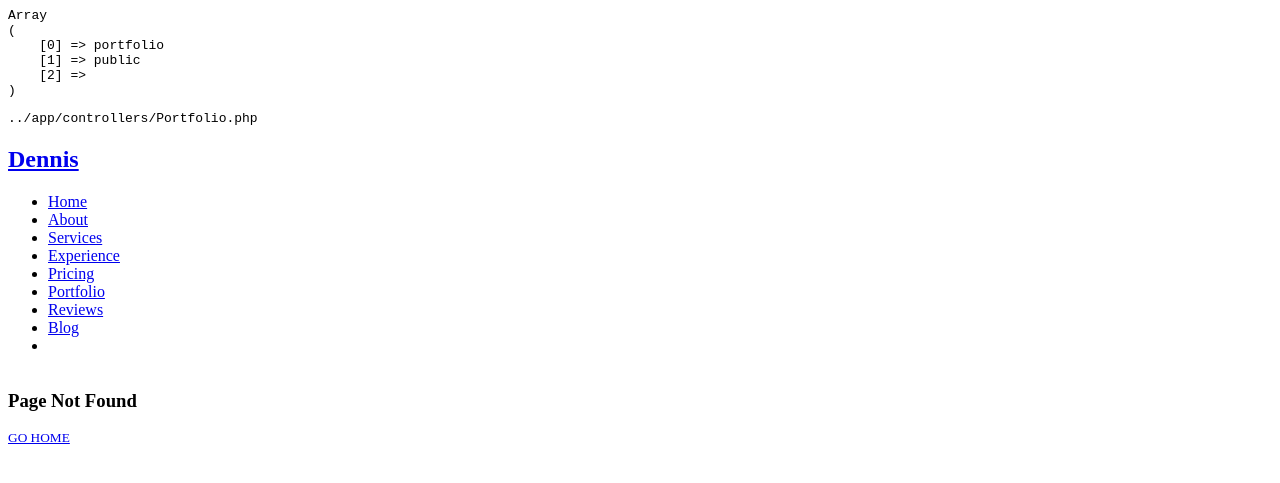
Repository: Teeticode/project_manager_tool
Page: http://localhost/portfolio/public/
These files come from the project's save history. The page is drawn as it stood at one moment and after the next save; the edit follows.
The browser window is 1280 px wide. The pictures show the whole page.
Some icons come from a web library that is not loaded, so they are not drawn. The page is run by PHP 8.4 with error messages shown; the project is at /var/www/html/.

Above is the page before, as saved 2022-09-07 15:29:41.
Console error: SyntaxError: Unexpected token '<'

After the next save:
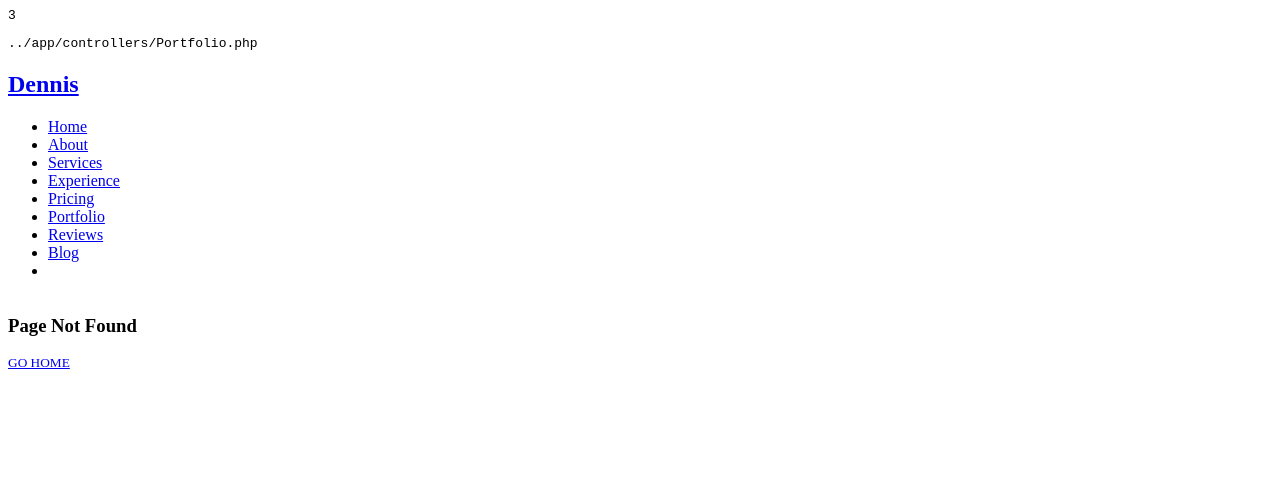
Saved 94 s later.
--- a/app/core/app.php
+++ b/app/core/app.php
@@ -47,7 +47,7 @@ class App
         $url = $_GET['url'] ?? 'home';
         $url = filter_var($url, FILTER_SANITIZE_URL);
         $arr = explode("/",$url);
-        show($arr);
+        show(sizeof($arr));
         return $arr;
     }
 }
